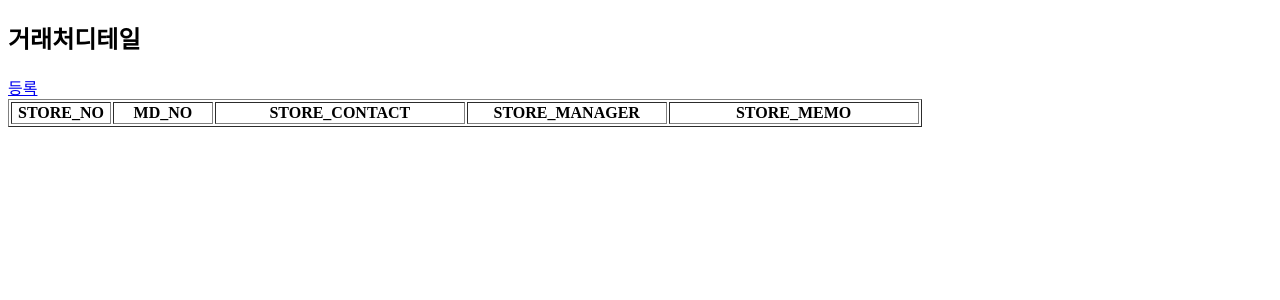
Repository: 2022-kh-final-mothlymoon/moon-back
Page: http://localhost/sellermoon/store/detail.jsp
An editor plug-in stored every save of this project. The page is shown before and after the next save, followed by the edit.
The browser window is 1280 px wide. The pictures show the whole page.
The page is served by Tomcat 9.

Above is the page before, as saved 2022-10-23 07:05:08.

After the next save:
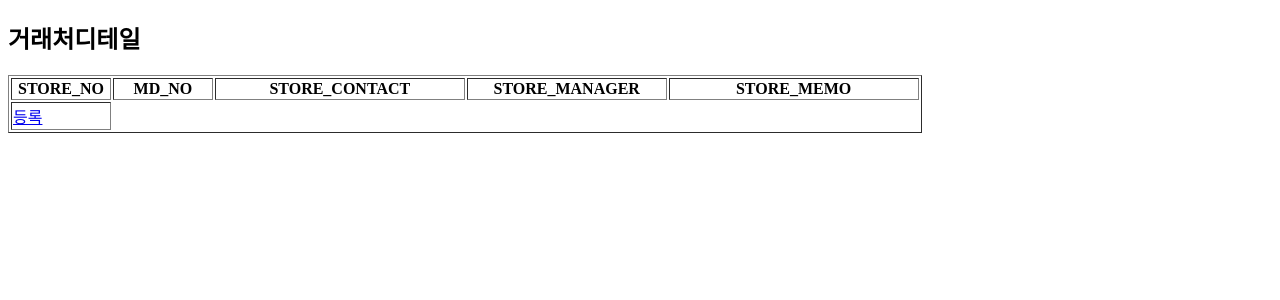
Saved 3 min 12 s later.
--- a/sellermoon/src/main/webapp/store/detail.jsp
+++ b/sellermoon/src/main/webapp/store/detail.jsp
@@ -55,9 +55,9 @@ String FIELD = "";
 			</tr>
 		</thead>
 		<tbody>
+					<td value="${storeList.STORE_NO}" />
 			<c:forEach var="storeList" items="${storeList}">
 				<tr>
-					<td><c:out value="${storeList.STORE_NO}" /></td>
 					<td><c:out value="${storeList.MD_NO}" /></td>
 					<td><c:out value="${storeList.FIELD}" /></td>
 					<td><c:out value="${storeList.STORE_YN}" /></td>
